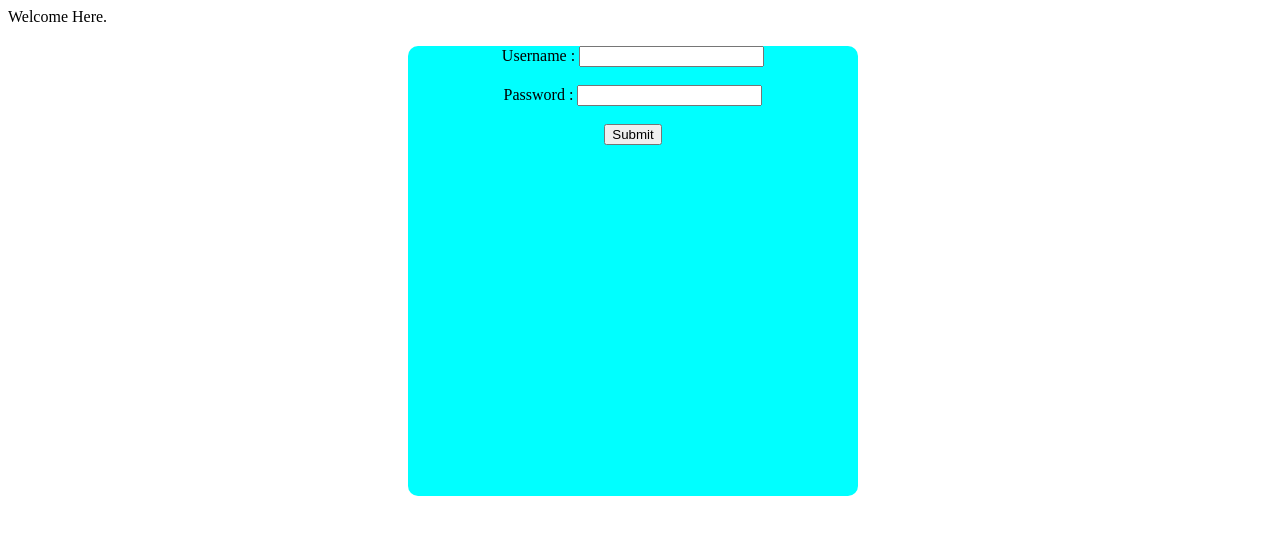
Repository: sunil965/JavaRepo
Page: WebProject/WebContent/index.html
The author's editor kept a copy of each file at every save. The page is drawn from the files as they stood at one save, then again after the next save.
The browser window is 1280 px wide. The pictures show the whole page.

Above is the page before, as saved 2017-04-26 11:14:59.

### WebProject/WebContent/index.html
<!DOCTYPE html>
<html>
<head>
<meta charset="UTF-8">
<title>Insert title here</title>
</head>
<style>
.div{
   border: 5px solid d #983c3c;
   height: 450px;
   width: 450px;
   border-radius: 10px;
   background-color: cyan;
   margin-left: 400px;
   margin-top: 20px;
   pad




}
</style>
<body>

<div><hi>Welcome Here.</hi></div>

<div class="div">
<center>
<form action="LoginServlet" method="get">
Username : <input type="text" id="name"><br><br>
Password : <input type="password" id="name"><br><br>
<input type="submit">
</form>
</center>
</div>


</body>
</html>

After the next save:
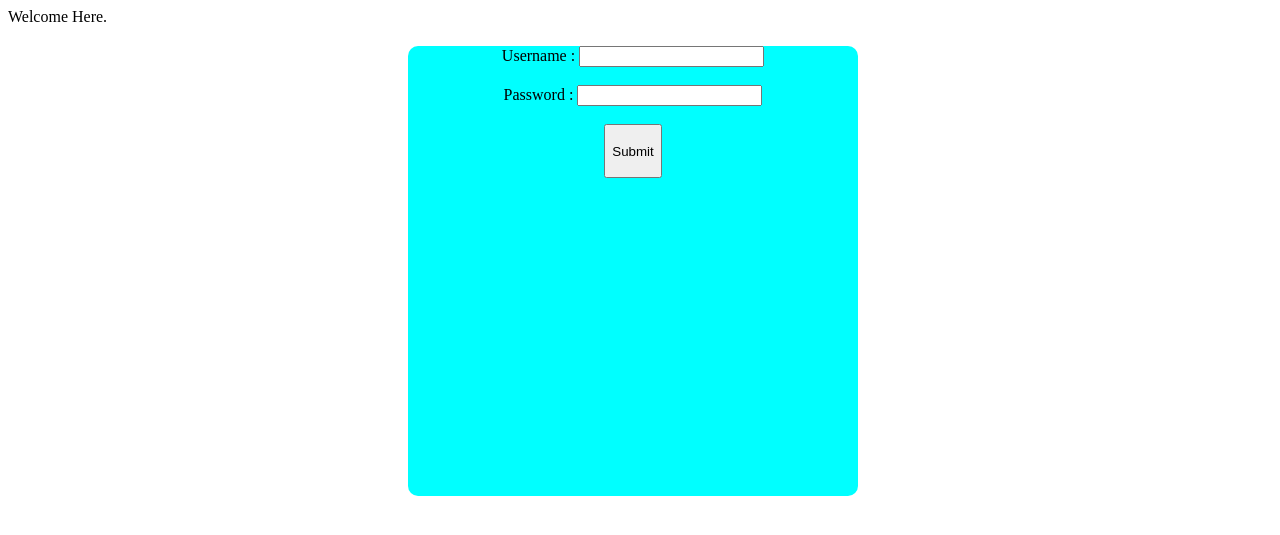
Saved 5 min 18 s later.
--- a/WebProject/WebContent/index.html
+++ b/WebProject/WebContent/index.html
@@ -26,10 +26,10 @@
 
 <div class="div">
 <center>
-<form action="LoginServlet" method="get">
+<form action="LoginServlet" method="get" style="height: 231px; ">
 Username : <input type="text" id="name"><br><br>
 Password : <input type="password" id="name"><br><br>
-<input type="submit">
+<input type="submit" style="height: 54px; ">
 </form>
 </center>
 </div>
